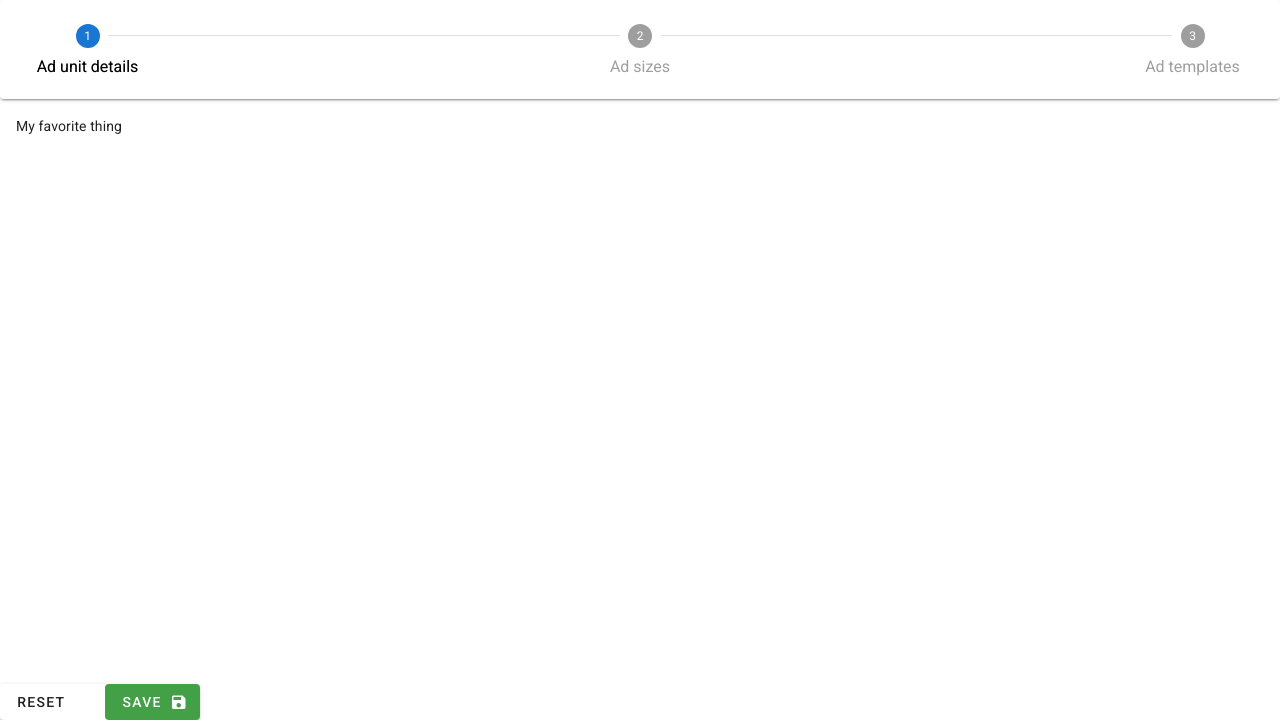
Repository: SidneyHodieb/myc
Page: /addsource
These files come from the project's save history. The page is drawn as it stood at one moment and after the next save; the edit follows.
The browser window is 1280 px wide. The pictures show the whole page.
The project was rebuilt for these pictures with package versions that can differ from the ones it lists, and the page was loaded fresh each time. Also part of the build but not shown: vue.config.js, src/views/Home.vue, src/views/addSource/components/format.vue, src/views/addSource/components/card.vue, src/views/addSource/components/trigger.vue.

Above is the page before, as saved 2021-04-03 19:15:52.

After the next save:
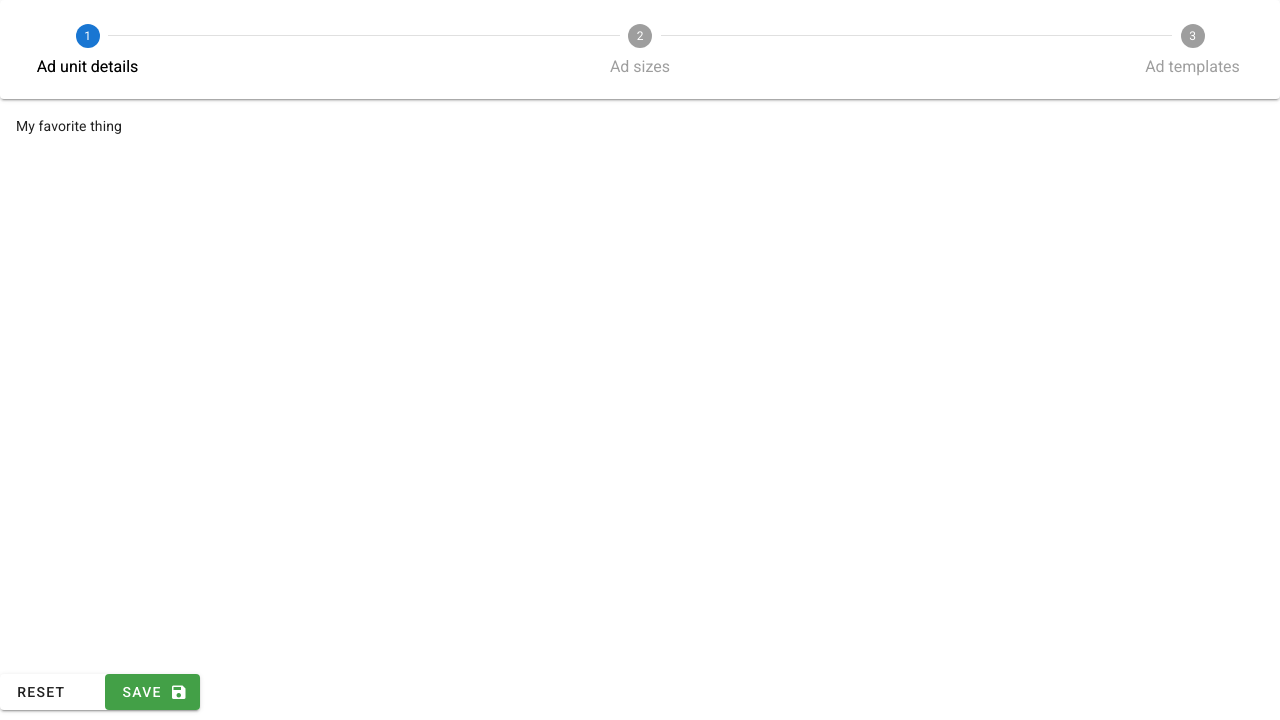
Saved 35 s later.
--- a/src/views/addSource/column.vue
+++ b/src/views/addSource/column.vue
@@ -51,7 +51,7 @@
         </v-col>
       </v-row> -->
 
-<v-card style="position:fixed; bottom:0">
+<v-card style="position:fixed; bottom:0;margin-bottom:10px">
 
     <v-row>
        <v-col >
